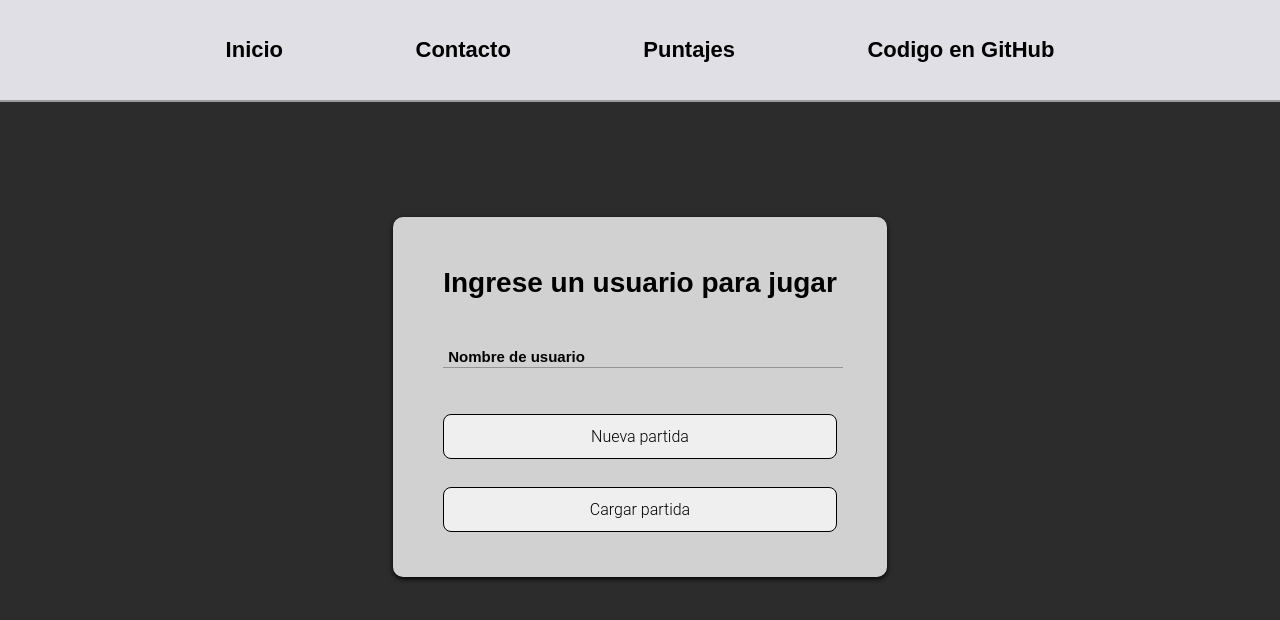
Repository: FacundoKinderknecht/FacundoKinderknecht_Wordle_Game_LPPA
Page: index.html
These files come from the project's save history. The page is drawn as it stood at one moment and after the next save; the edit follows.
The browser window is 1280 px wide. The pictures show the whole page.

Above is the page before, as saved 2023-08-08 05:20:16.

### index.html
<!DOCTYPE html>
<html lang="en">
    <head>
        <meta charset="UTF-8">
        <meta http-equiv="X-UA-Compatible" content="IE=edge">
        <meta name="viewport" content="width=device-width, initial-scale=1.0">

        <link rel ="stylesheet" href="/css/reset.css">
        <link rel="stylesheet" href="/css/styles.css">
        <link rel="stylesheet" href="/css/index.css">

        <script src="/js/index.js"></script>

        <title>Final LPPA Facundo Kinderknecht</title>
    </head>
    <body>
        <header>
            <nav class="navbar">
                <a href="">Inicio</a>
                <a href="">Contacto</a>
                <a href="">Puntajes</a>
                <a href="https://github.com/FacundoKinderknecht/FacundoKinderknecht_Wordle_Game_LPPA" target="_blank">Codigo en GitHub</a>
            </nav>
        </header>

        <div class="form-container">
            <form class="form-user">
                <h2 class="form-title">Ingrese un usuario para jugar</h2>
                <fieldset class="form-login">
                    <input class="form-txt" id="txt-user" placeholder="">
                    <label class="form-lbl" id="lbl-user" for="txt-user">Nombre de usuario</label>
                </fieldset>
                <input type="button" class="form-button" value="Nueva partida" id="btn-new">
                <input type="button" class="form-button" value="Cargar partida" id="btn-load">
                <label class="form-txt-error hidden" id="lblErrorEmpty">Debe ingresar un usuario</label>
            </form>
        </div>
    </body>
</html>

### css/reset.css
/* http://meyerweb.com/eric/tools/css/reset/
   v2.0 | 20110126
   License: none (public domain)
*/

html, body, div, span, applet, object, iframe,
h1, h2, h3, h4, h5, h6, p, blockquote, pre,
a, abbr, acronym, address, big, cite, code,
del, dfn, em, img, ins, kbd, q, s, samp,
small, strike, strong, sub, sup, tt, var,
b, u, i, center,
dl, dt, dd, ol, ul, li,
fieldset, form, label, legend,
table, caption, tbody, tfoot, thead, tr, th, td,
article, aside, canvas, details, embed,
figure, figcaption, footer, header, hgroup,
menu, nav, output, ruby, section, summary,
time, mark, audio, video {
	margin: 0;
	padding: 0;
	border: 0;
	font-size: 100%;
	font: inherit;
	vertical-align: baseline;
}

### css/styles.css
body{
    font-family: Arial, Helvetica, sans-serif;
    background-color: rgba(0, 0, 0, 0.827);
    display:flex;
    align-items: center;
    flex-direction: column;
}

header{
    width: 100%;
    height: 100px;
    margin-bottom: 15px;
    display: flex;
    justify-content: justify-content;
    align-items: center;
    background-color: rgba(248, 248, 255, 0.874);
    border-bottom: 2px solid rgb(87, 87, 87, 0.49);
}

header nav{
    display:flexbox;
    justify-content: justify-content;
    align-items:center;
    text-align: center;
    width: 100%;
}

header nav a{
    text-decoration: none;
    align-items:center;
    font-weight: bold;
    font-size: 22px;
    color: black;
    margin: 5%;
}

.hidden {
    display:none;
}

### css/index.css
form{
    background-color: rgba(255, 255, 255, 0.785);
    margin: 100px auto;
    width: 90%;
    max-width: 400px;
    padding: 50px;
    padding-bottom: 25px;
    border-radius: 10px;
    box-shadow: 0px 2px 5px;
    text-align: center;
}

.form-title{
    font-size: 28px;
    margin-bottom: 40px;
    font-weight: 700;
}

.form-container{
    margin-top: 50px;
    display:flex;
    margin: auto;
}

.form-login{
    width: 100%;
    position: relative;
    margin-bottom: 30px;
}

.form-txt{
    width: 100%;
    background: none;
    margin-bottom: 8px;
    color: rgb(27, 27, 27);
    font-size: 16px;
    padding: 5px 3px;
    border:none;
    outline:none;
    border-bottom: 1px solid rgb(87, 87, 87, 0.49);
}

.form-txt:focus + .form-lbl, .form-txt:not(:placeholder-shown) + .form-lbl{
    transform: translateY(-13px) scale(0.9);
    transform-origin: left top;
}

.form-lbl{
    position:absolute;
    font-size: 15px;
    top:0;
    left:5px;
    font-weight: bold;
    transform: translateY(9px);
    transform-origin: left bottom;
    transition: transform .5s;
}

.form-txt-error{
    width: 100%;
    color:rgb(255, 0, 0);
    text-align: center;
}

.form-button{
    width: 100%;
    font-family: 'Roboto', sans-serif;
    font-weight: 300;
    font-size: 16px;
    padding: 12px 0px;
    border: 1px solid;
    border-radius: 8px;
    cursor: pointer;
    transition: background-color .3s;
    margin-top: 8px;
    margin-bottom: 20px;
}

.hidden{
    display: none;
}

### js/index.js
function getElements(){
    user = document.getElementById("txt-user")
    btnNew = document.getElementById("btn-new")
    btnLoad = document.getElementById("btn-load")
}

window.onload = () => {
    getElements()
    hideLabels()

    //when "new" button is clicked, check for saved games with that name, and set user in sessionS
    btnNew.onclick = (e) => {
        hideLabels()
        let currentUser = user.value
        if (!currentUser) {
            lblErrorEmpty.classList.toggle("hidden", false)
        }else{
            sessionStorage.setItem("user", user.value)
            location.href = '/html/wordle.html'
        }
    }

    function hideLabels () {
        user.onfocus = () => {
            lblErrorEmpty.classList.toggle("hidden", true)
        }
    }
}

After the next save:
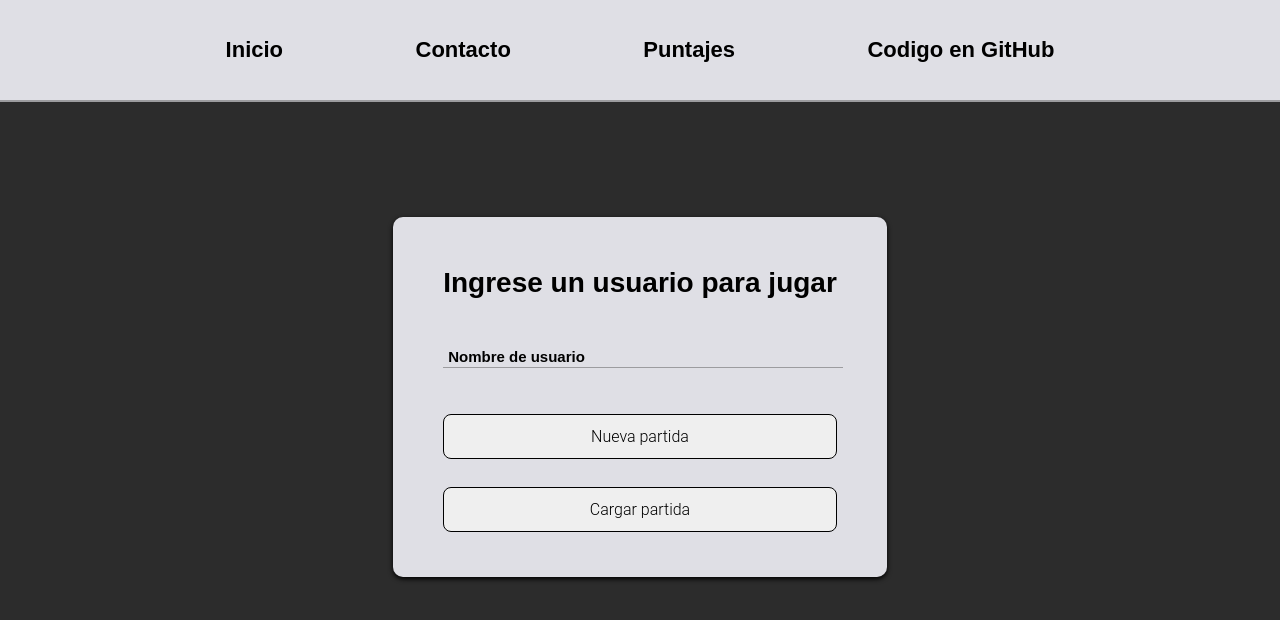
Saved 36 s later.
--- a/css/index.css
+++ b/css/index.css
@@ -1,5 +1,5 @@
 form{
-    background-color: rgba(255, 255, 255, 0.785);
+    background-color: rgba(248, 248, 255, 0.874);
     margin: 100px auto;
     width: 90%;
     max-width: 400px;
